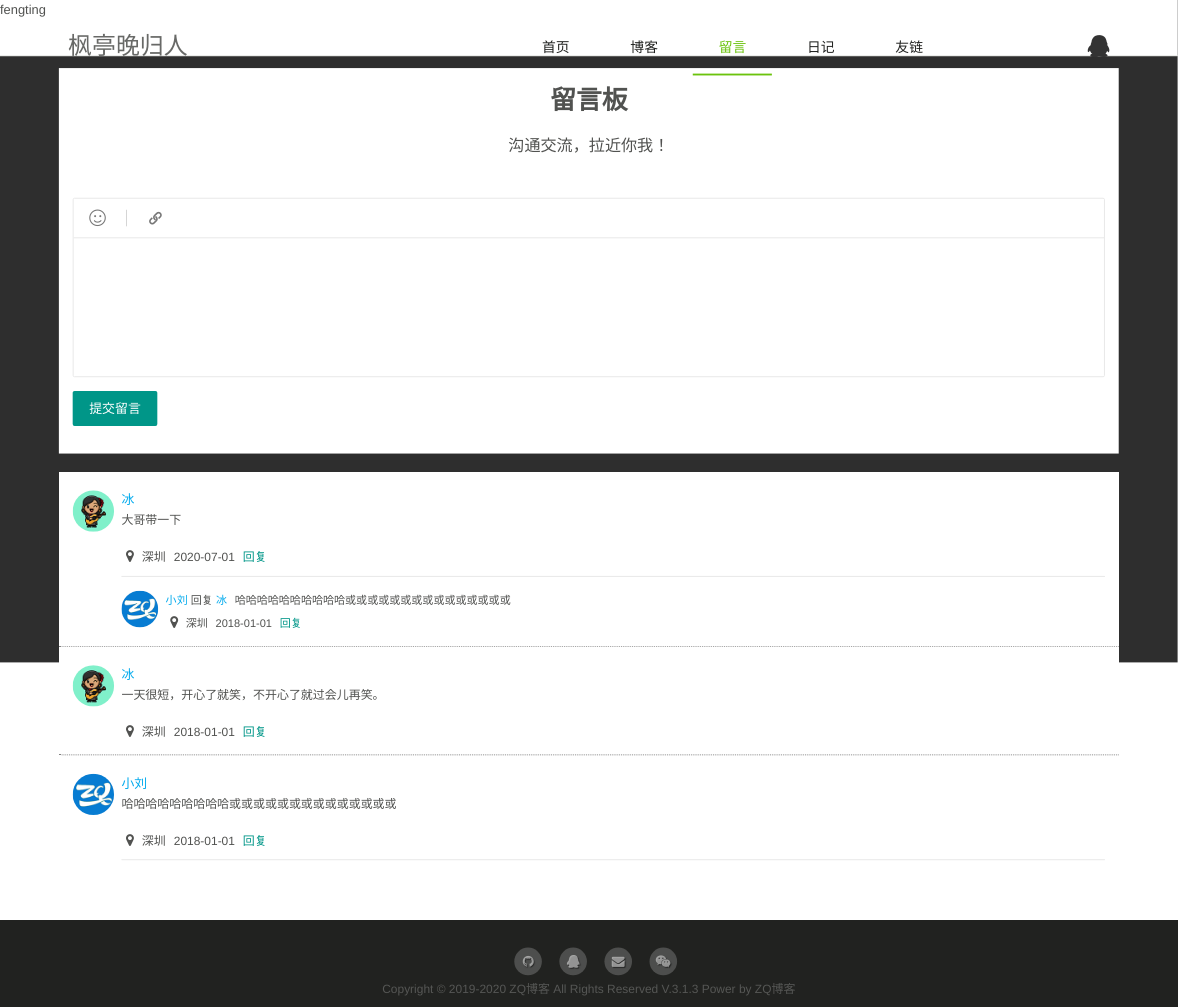
Repository: fengfi9/blog
Page: message.html
An editor plug-in stored every save of this project. The page is shown before and after the next save, followed by the edit.
The browser window is 1280 px wide. The pictures show the whole page, at 92% of full size.

Above is the page before, as saved 2020-10-22 14:49:23.

After the next save:
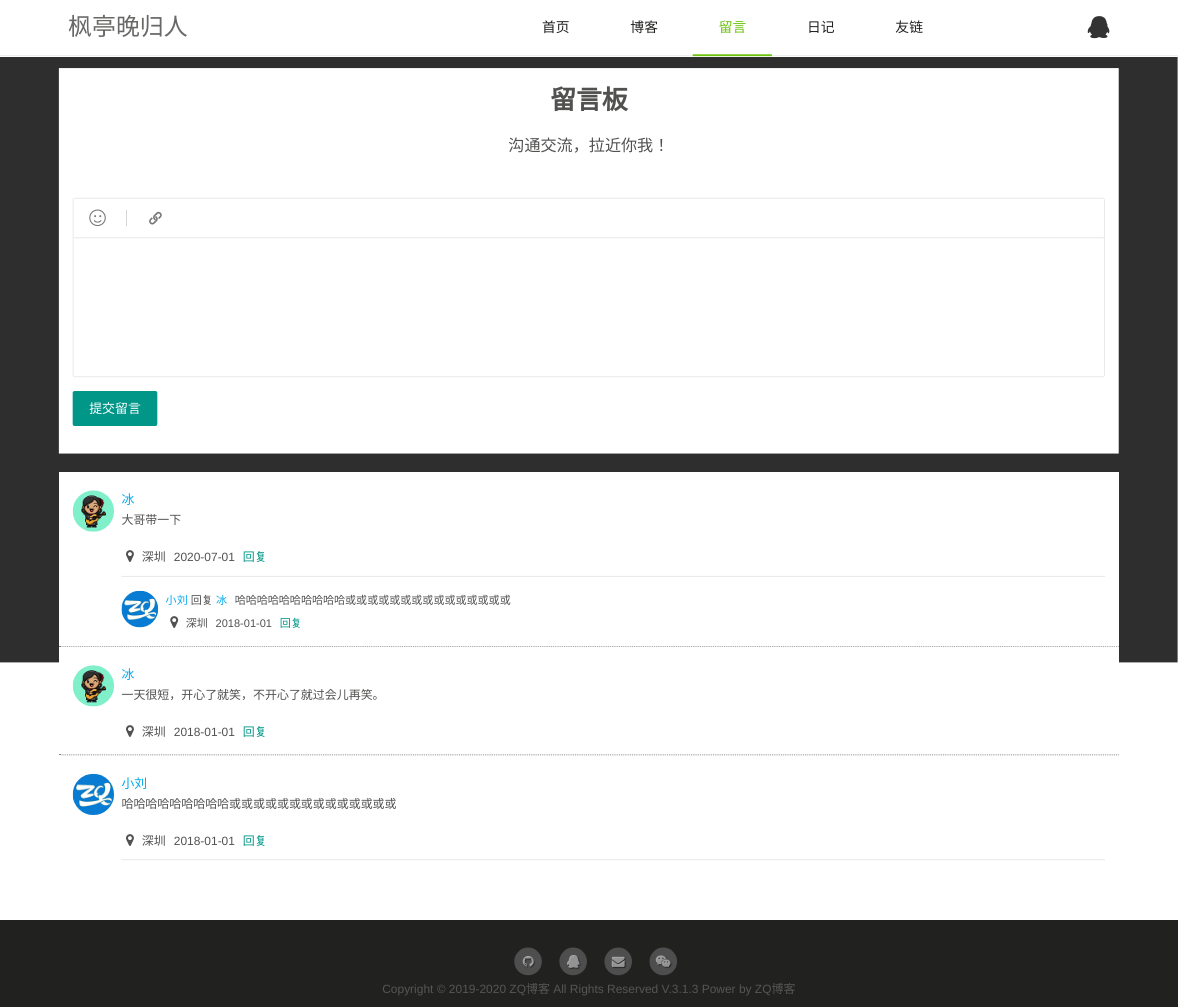
Saved 11 s later.
--- a/message.html
+++ b/message.html
@@ -20,7 +20,7 @@
 <body>
     <div class="header">
     </div>
-    <header class="gird-header">fengting
+    <header class="gird-header">
         <div class="header-fixed">
             <div class="header-inner">
                 <a href="javascript:void(0)" class="header-logo" id="logo">枫亭晚归人</a>
